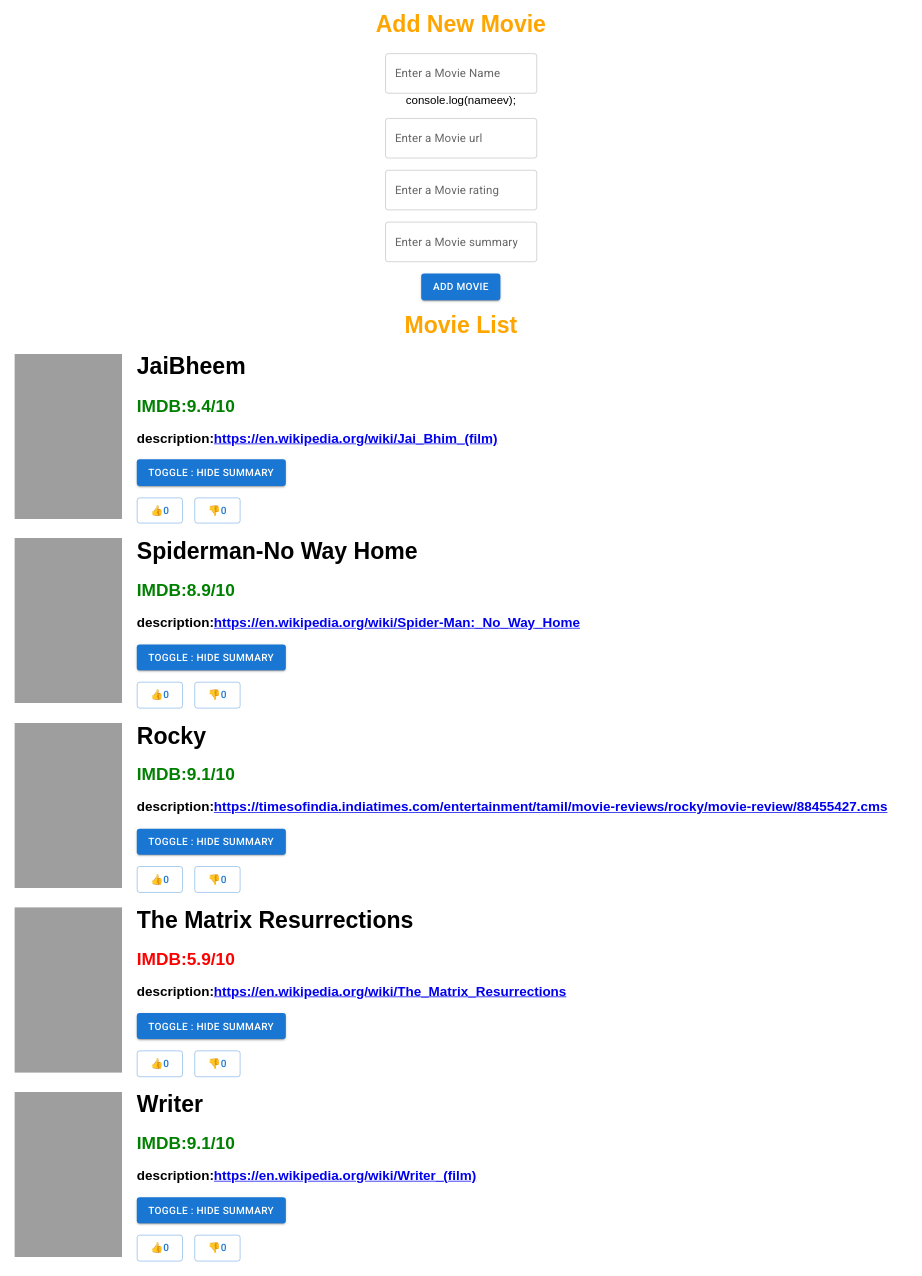
Repository: baladhinesh18/first-app
Page: /
The author's editor kept a copy of each file at every save. The page is drawn from the files as they stood at one save, then again after the next save.
The browser window is 1280 px wide. The pictures show the whole page, at 72% of full size.
Pictures or frames that could not be fetched are drawn as grey boxes. The project was rebuilt for these pictures with package versions that can differ from the ones it lists, and the page was loaded fresh each time.

Above is the page before, as saved 2022-01-07 15:12:55.

After the next save:
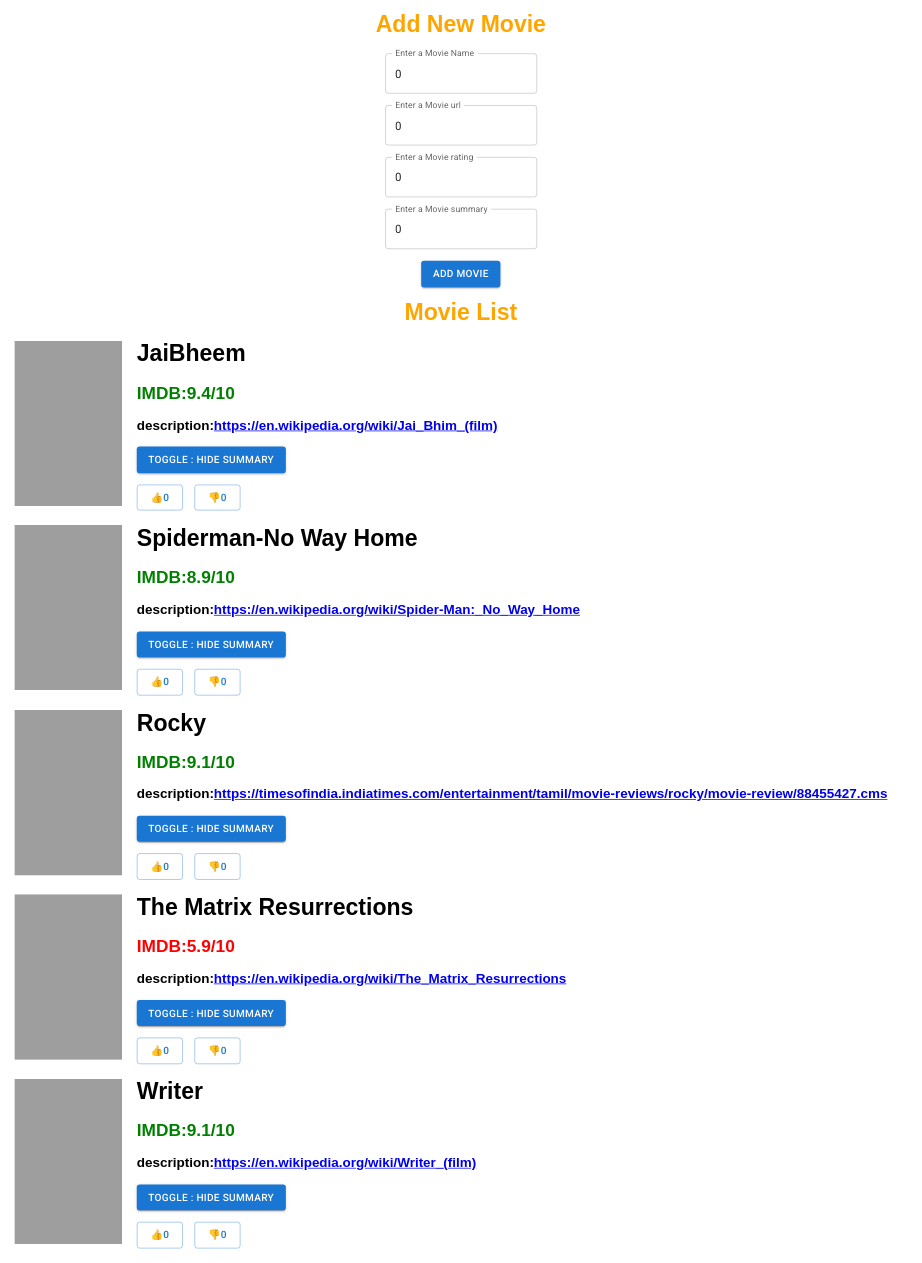
Saved 15 min 17 s later.
--- a/src/App.js
+++ b/src/App.js
@@ -42,17 +42,16 @@
     }
   ];
   const mart={margin:'1rem 0 0 0'}
-
+  const [List, setList] = useState(0);
   return (
     <div className="App">
     <h1 className="lor">Add New Movie</h1>
       <div  className="btn">
-      <TextField id="outlined-basic" label="Enter a Movie Name" variant="outlined" onChange={(nameev)=>(nameev.target)} />
-      console.log(nameev);
-      <TextField id="outlined-basic" label="Enter a Movie url" variant="outlined" style={mart} />
-      <TextField id="outlined-basic" label="Enter a Movie rating" variant="outlined" style={mart}/>
-      <TextField id="outlined-basic" label="Enter a Movie summary" variant="outlined" style={mart} />
-      <Button  variant="contained" style={mart}>Add Movie</Button>
+      <TextField id="outlined-basic" label="Enter a Movie Name" variant="outlined" value={List} onChange={(nameev)=>(nameev.target.value)} />
+      <TextField id="outlined-basic" label="Enter a Movie url" variant="outlined" style={mart} value={List} onChange={(urlev)=>(urlev.target.value)} />
+      <TextField id="outlined-basic" label="Enter a Movie rating" variant="outlined" style={mart} value={List} onChange={(rateev)=>(rateev.target.value)}/>
+      <TextField id="outlined-basic" label="Enter a Movie summary" variant="outlined" style={mart} value={List} onChange={(sumev)=>(sumev.target.value)} />
+      <Button  variant="contained" style={mart} onClick={()=>setList([...users,List])}>Add Movie</Button>
       {/* <Counter/> */}
       </div>
      <h1 className="lor">Movie List</h1>
